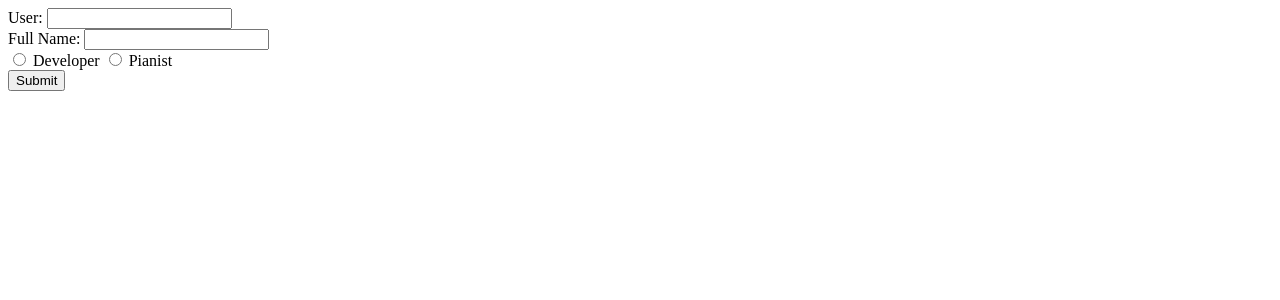
Repository: kjng/java-playground
Page: youtube/java/SimpleServletProject/WebContent/SimpleForm.html
An editor plug-in stored every save of this project. The page is shown before and after the next save, followed by the edit.
The browser window is 1280 px wide. The pictures show the whole page.

Above is the page before, as saved 2017-08-04 13:48:20.

After the next save:
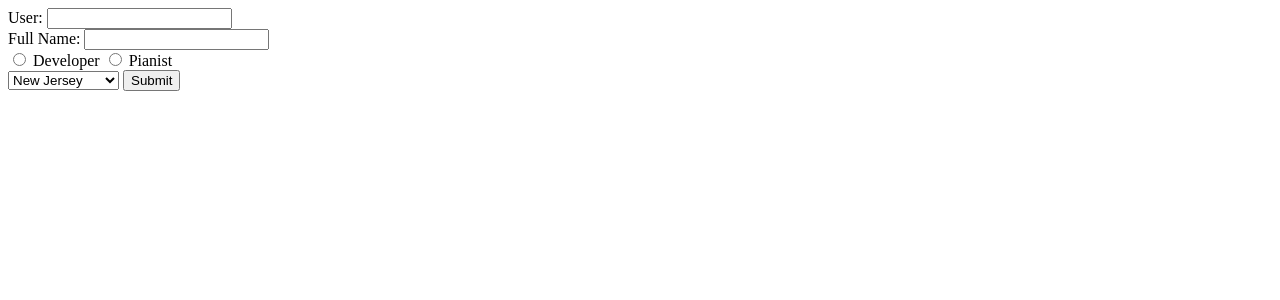
Saved 2 min 26 s later.
--- a/youtube/java/SimpleServletProject/WebContent/SimpleForm.html
+++ b/youtube/java/SimpleServletProject/WebContent/SimpleForm.html
@@ -16,6 +16,11 @@
 		<input type="radio" name="profession" value="Developer"> Developer
 		<input type="radio" name="profession" value="Pianist"> Pianist
 		<br />
+		<select name="location">
+			<option value="New Jersey">New Jersey</option>
+			<option value="Massachusetts">Massachusetts</option>
+			<option value="The Moon">The Moon</option>
+		</select>
 		<input type="submit" />
 	</form>
 
